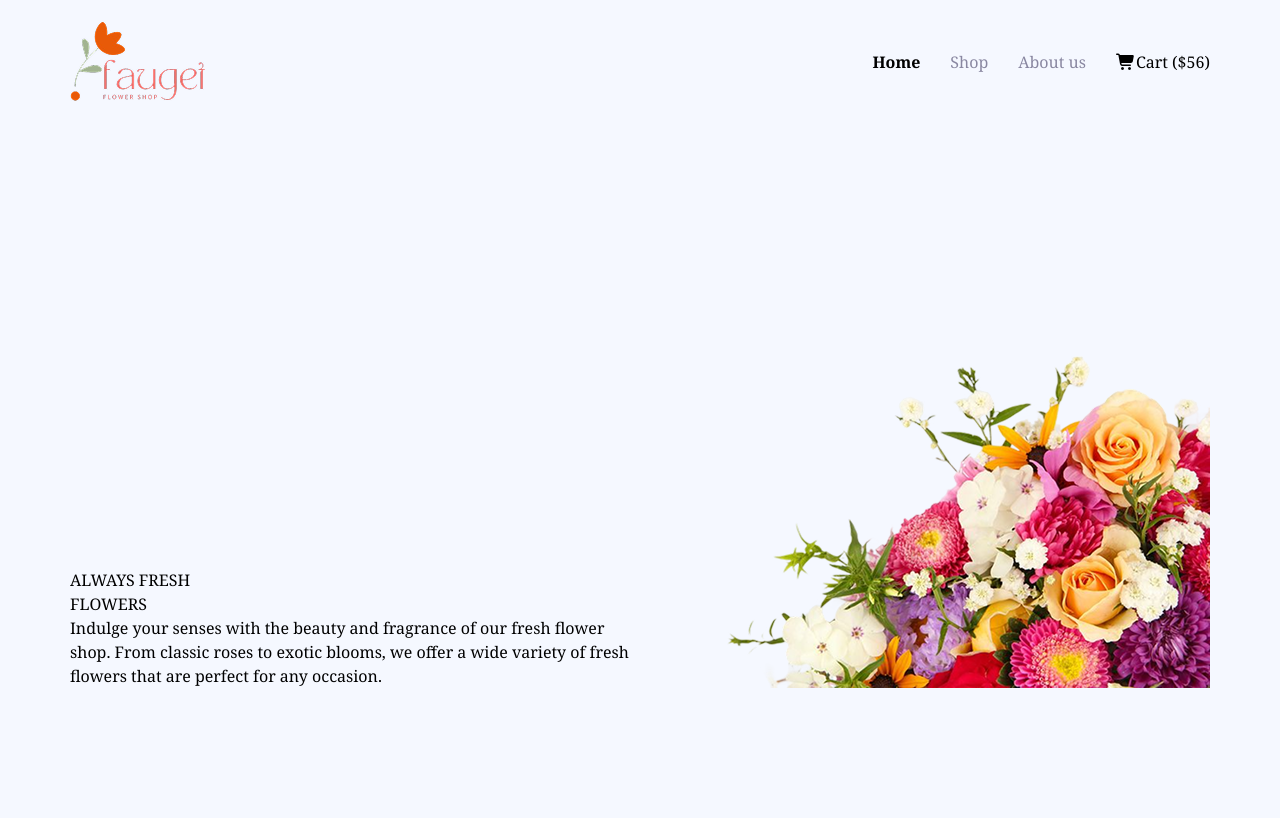
Repository: nahid-hasann/website-7
Page: index.html
These files come from the project's save history. The page is drawn as it stood at one moment and after the next save; the edit follows.
The browser window is 1280 px wide. The pictures show the whole page.
Some web libraries are served in a nearby version.

Above is the page before, as saved 2025-07-23 23:10:15.

After the next save:
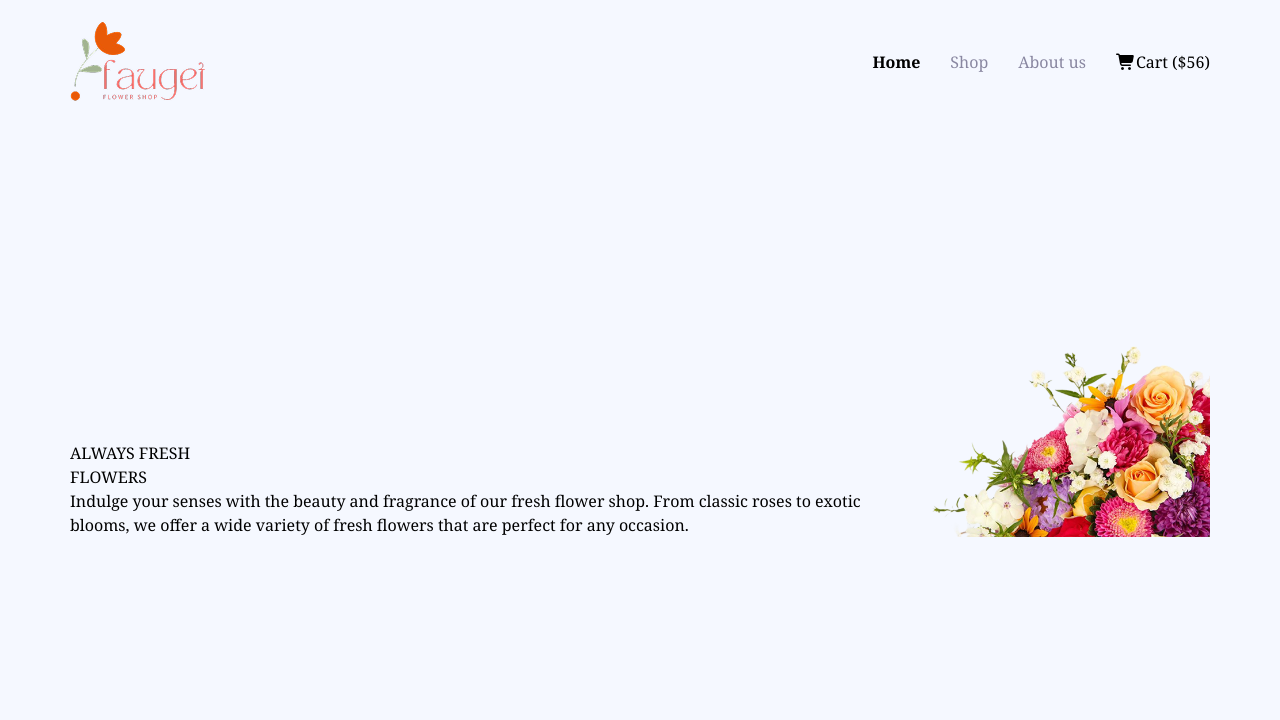
Saved 102 s later.
--- a/style.css
+++ b/style.css
@@ -70,6 +70,8 @@ nav{
      align-items: end;
 }
 
+.banner-description
+
 .banner-img img{
     max-width: 570px;
 }

After the save that followed:
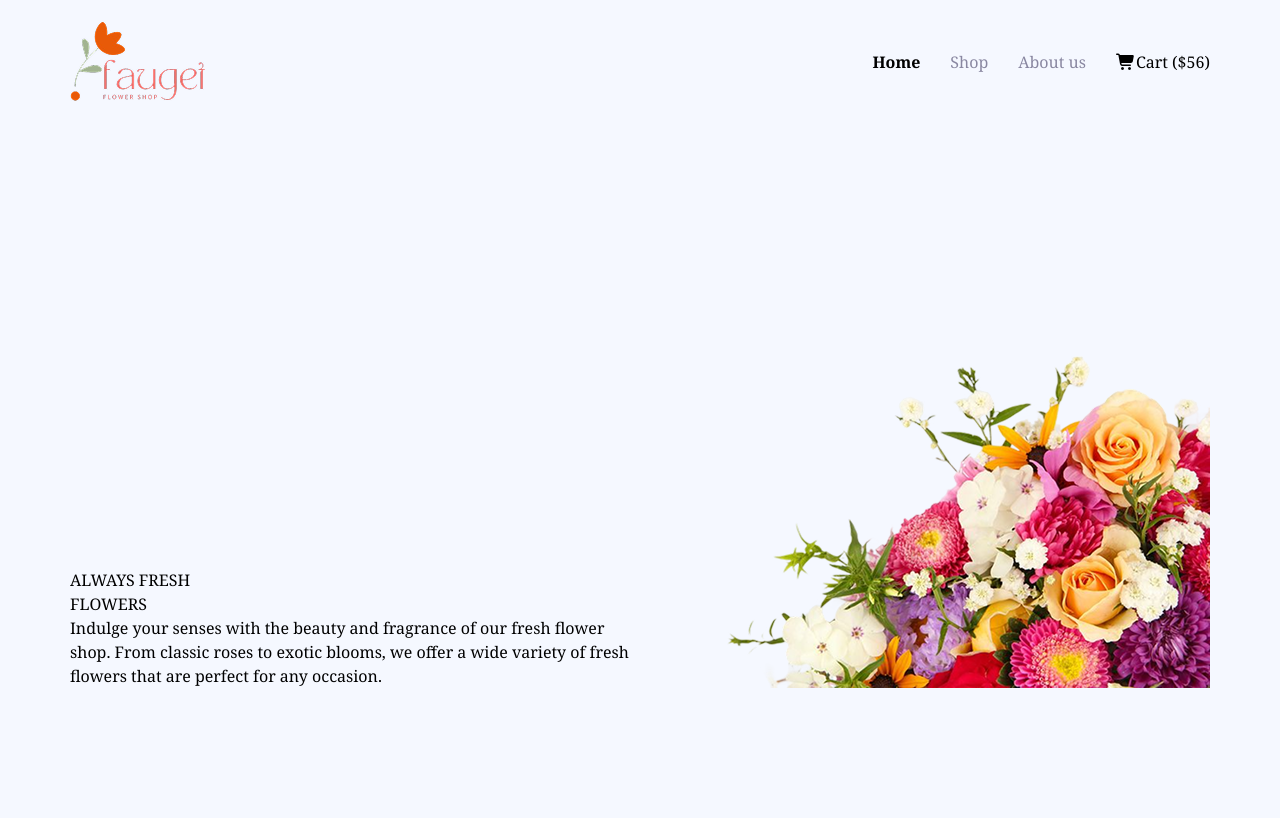
Saved 4 s later.
--- a/style.css
+++ b/style.css
@@ -70,7 +70,9 @@ nav{
      align-items: end;
 }
 
-.banner-description
+.banner-description h1{
+    font
+}
 
 .banner-img img{
     max-width: 570px;
